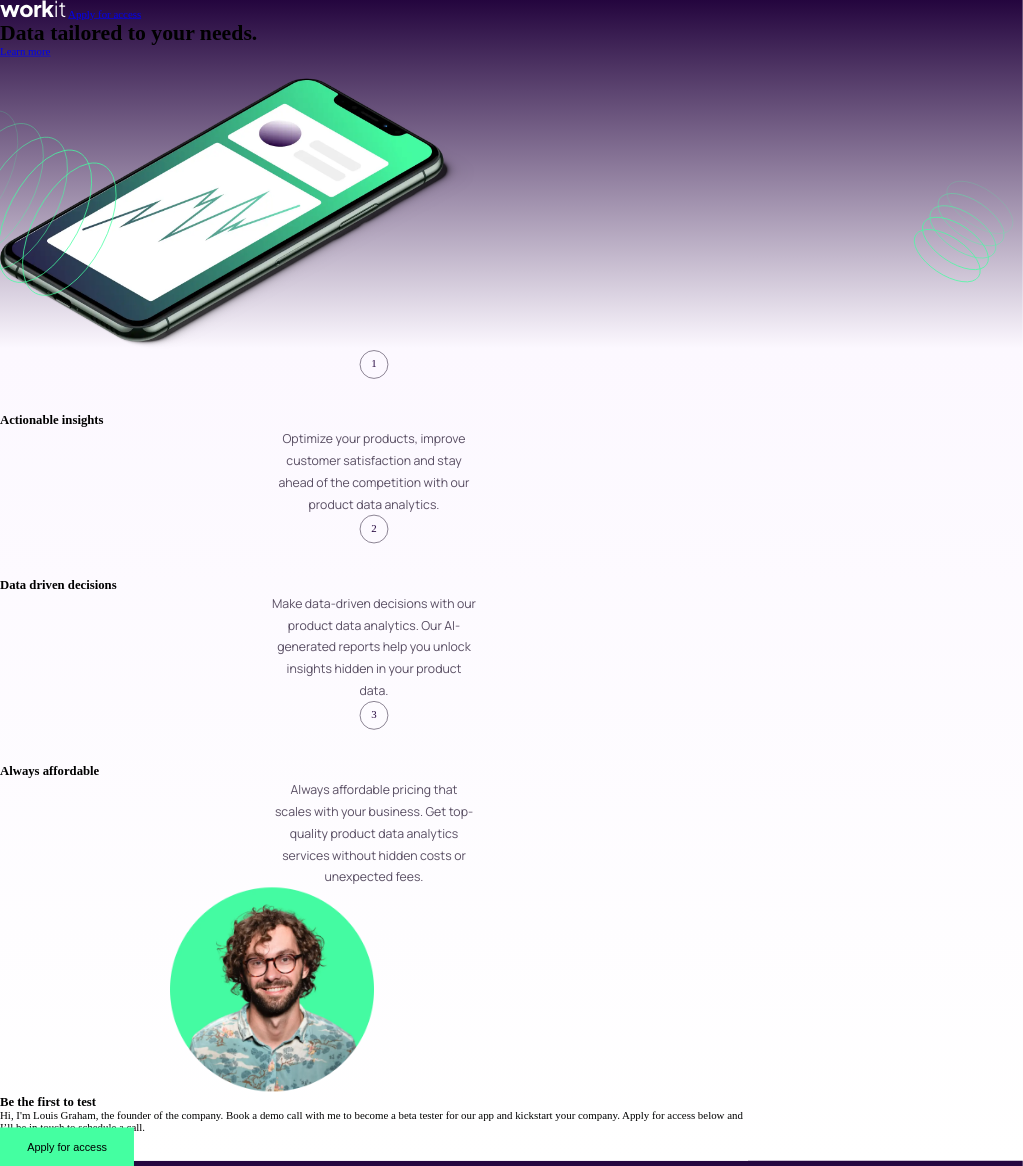
Repository: Arkitecth/landing_page
Page: starter-code/index.html
The author's editor kept a copy of each file at every save. The page is drawn from the files as they stood at one save, then again after the next save.
The browser window is 1280 px wide. The page is 1504 px wide, so the pictures cover 1504 px, including what lies to the right of the window. The pictures show the whole page, at 68% of full size.

Above is the page before, as saved 2023-05-25 16:27:09.

### starter-code/index.html
<!DOCTYPE html>
<html lang="en">
<head>
  <meta charset="UTF-8">
  <meta http-equiv="X-UA-Compatible" content="IE=edge">
  <meta name="viewport" content="width=device-width, height=device-height, initial-scale=1.0, minimum-scale=1.0">
  <title>Work-it | Landing Page</title>
  <link rel="stylesheet" href="styles.css">
</head>
<body>
  <header id="header">
    <object class="bg-pattern-1" data="assets/images/bg-pattern-1.svg"></object>
    <object class="bg-pattern-2"data="assets/images/bg-pattern-2.svg"></object>
    <div class="container">
      <nav>
        <object data="assets/images/logo-light.svg"></object>
        <a class="btn-secondary" href="#">Apply for access</a>
      </nav>
      <div class="showcase">

        <h1>Data <span>tailored</span> to your needs.</h1>
        <a class="btn-primary"href="#">Learn more</a>
        <object class="image-hero" data="assets/images/image-hero.webp"></object>
      </div>
    </div>

  </header>


  <section id="feature">
    <div class="container grid">
      <div class="feature-content">
        <p class="feature-num">1</p>
        <h3>Actionable insights</h3>
        <p class="feature-paragraph">Optimize your products, improve customer satisfaction and stay ahead of the competition with our product data analytics.</p>
      </div>

      <div class="feature-content">
        <p class="feature-num">2</p>
        <h3>Data driven decisions</h3>
        <p class="feature-paragraph">Make data-driven decisions with our product data analytics. Our AI-generated reports help you unlock insights hidden in your product data.</p>
      </div>

      <div class="feature-content">
        <p class="feature-num">3</p>
        <h3>Always affordable</h3>
        <p class="feature-paragraph">Always affordable pricing that scales with your business. Get top-quality product data analytics services without hidden costs or unexpected fees.</p>
      </div>
    </div>
  </section>


  <section id="about">
    <div class="container">
        <object class="image-founder" data="assets/images/image-founder.webp" width="300" height="300"></object>
        <div class="about-text">
          <h3> Be the first to test </h3>
          <p> Hi, I'm Louis Graham, the founder of the company. Book a demo call with me to become a
          beta tester for our app and kickstart your company. Apply for access below and I’ll be
          in touch to schedule a call. </p>
        </div>
        <a class="primary-default" href="#"> Apply for access </a>
    </div>
  </section>
</body>
</html>

### starter-code/styles.css
@font-face {
    font-family: "Fraunces";
    src: url("/Users/trenttuedon/Desktop/workit-landing-page/starter-code/assets/fonts/fraunces/Fraunces-VariableFont_SOFT,WONK,opsz,wght.ttf");

}

@font-face {
    font-family: "Manrope";
    src: url("starter-code/assets/fonts/manrope/Manrope-VariableFont_wght.ttf");

}

* {
    margin: 0;
    padding: 0;
}

html,body {
    background: linear-gradient(180deg, rgba(36,5,62,1) 0%, rgba(252,248,255,1) 30%, rgba(255,255,255,1) 100%);
    width: 1100px;
}


/* Showcase */
.container {
    max-width: 1100px;
    margin:  auto;
}

.overlay {
    width: 1500px;
    max-width: 1500px;
    height: 730px;
    background-color: #24053e;
    border-radius: 100% /0 0 80px 80px;
}
.navbar {
    color: #fff;
    display: flex;
    justify-content: space-between;
    position: relative;
    top: 50px;
}

.navbar a {
    text-decoration: none;
    color: #fff;
}

.secondary-default {
    font-family: sans-serif;
    border-bottom: 3px solid #44ffa1;
}

.secondary-default:hover {
    color: #44ffa1;
}

.bg-pattern-1 {
   position: absolute;
   left: -140px;
   top: 140px;
}

.bg-pattern-2 {
    position: absolute;
    left: 1330px;
    top: 250px;
 }

.heading {
    justify-content: center;
    width: 635px;
    height: 258px;
    margin: 0 auto;
    margin-top: 146px;
    text-align: center;
}

.heading h1 {
    font-family: Fraunces;
    color: #fff;
    font-weight: 600;
    line-height: 80px;
    margin-bottom: 40px;
    font-size: 5em;
}

.underline {
    text-decoration: underline;
    text-decoration-thickness: 2px;
    text-decoration-color: #44ffa1;
    text-underline-offset: 6px;
}

.primary-default {
    font-family: sans-serif;
    line-height: 40px;
    background-color: #44ffa1;
    border: 0;
    color: black;
    text-decoration: none;
    padding: 20px 40px;
}

.primary-default:hover {
    background-color: #24053e;
    color: #44ffa1;
    border: 1px solid #44ffa1;
}

.image-hero {
    display: block;
    margin-top: 30px;
    width: 700px;
    height: 400px;
}

/* Features */
.grid-container {
    display: grid;
    padding-top: 200px;
    grid-template-rows: 1fr 1fr;
    grid-template-columns: 1fr 1fr 1fr;
    font-family: "Fraunces";
    gap: 30px;
    text-align: center;
}


.feature-num {
    border: 1px solid #584d62;
    border-radius: 50%;
    width: 20px;
    height: 20px;
    padding: 10px;
    margin: auto;
    text-align: center;
    margin-bottom: 50px;
    color: #24053e;
}


.purple-overlay {
    background: #fdf8ff;
    border-radius: 0 0 50% 50% / 50px;
    width: 1500px;
    height: 600px;

}

.feature-heading {
    margin-bottom: 40px;
    font-weight: 600;
    color: #24053e;
}

.feature-paragraph {
    font-family: "Manrope";
    font-size: 1.13em;
    line-height: 32px;
    width: 300px;
    text-align: center;
    font-weight: 400;
    color: #584d62;
    margin: auto;

}


/* About Section */

.image-founder {
    margin-left: 250px;
}

.about{
    position: relative;
    color: #fff;
    background-color: #24053e;
    width: 730px;
    height: 413px;
    bottom: 200px;
    left: 400px;
    margin-left: 100px;
}

.about-container {
    text-align: left;
    padding: 70px;
}

.about-container h3 {
    font-family: "Fraunces";
    font-size: 3.5em;
    font-weight: 600;
    margin-bottom: 32px;
}

.about-container p {
    font-family: "Manrope";
    font-weight: 400;
    font-size: 1.15em;
    line-height: 32px;
    margin-bottom: 30px;
}

.about-container a {
    margin-top: 100px;
}

.bg-pattern-3 {
    position: relative;
    bottom: 120px;
    left: 400px;
}

/* Footer */

.spacing {
    margin-top: 100px;
}

footer {
    background-color: #fff;
    margin-left: 300px;
    text-align: center;
    padding-bottom: 100px;
}

.icons {
    margin-top: 40px;

}

.icon {
    padding: 0 20px 0 20px;
}


/* Media Queries */

@media (min-width: 768px) and (max-width: 1024px) {

    .body {
        background-color: black;
    }
    .bg-pattern-1 {
        left: -200px;
    }

    .bg-pattern-2 {
        left: 1330px;
        overflow: hidden;
    }
    .grid-container {
        display: grid;
        position: relative;
        grid-template-columns: none;
        grid-template-rows: repeat(3, 1fr);
        margin-top: 200px;
        padding: 20px;
        gap: 100px;
        text-align: left;
    }
    .feature-heading {
       text-align: left;
       margin-left: 300px;
       margin-bottom: 20px;
    }
    .feature-num {
        position: absolute;
        left: 250px;
        margin-top: 50px;

    }

    .feature-paragraph {
        text-align: left;
        width: 493px;
        height: 56px;
    }


}

@media(max-width: 480px) {
    html,body {
        background: linear-gradient(180deg, rgba(36,5,62,1) 0%, rgba(252,248,255,1) 10%, rgba(255,255,255,1) 100%);
        font-size: 100%;
    }

    .bg-pattern-1, .bg-pattern-2, .bg-pattern-3 {
        display: none;
    }

    .purple-overlay {
        height: 1300px;
    }

    .grid-container {
        display: grid;
        grid-template-columns: none;
        grid-template-rows: repeat(3, 1fr);
        font-size: 1.75rem;
    }

    .feature-num {
        padding: 20px;
        padding-top: 10px;
        text-align: center;
    }

    .about {
        margin-top: 120px;
        margin-left: 10px;
    }

    .about-container {
        text-align: center;
    }

    .image-founder {
        margin-left: 600px;
    }

    footer {
        height: 500px;
        margin-left: 400px
    }
}

### starter-code/assets/images/bg-pattern-1.svg
<svg xmlns="http://www.w3.org/2000/svg" width="341" height="317" viewBox="0 0 341 317"><g fill="none" fill-rule="evenodd" stroke="#44FFA1" transform="rotate(-152 159.204 128.626)"><ellipse cx="54" cy="107.125" rx="53.5" ry="106.5"/><ellipse cx="94.706" cy="107" rx="53.5" ry="106.5"/><ellipse cx="134.529" cy="107.344" opacity=".75" rx="52.5" ry="106.5"/><ellipse cx="175.705" cy="108.102" opacity=".5" rx="53.5" ry="106.5"/><ellipse cx="217.294" cy="107.508" opacity=".25" rx="52.5" ry="106.5"/></g></svg>

After the next save:
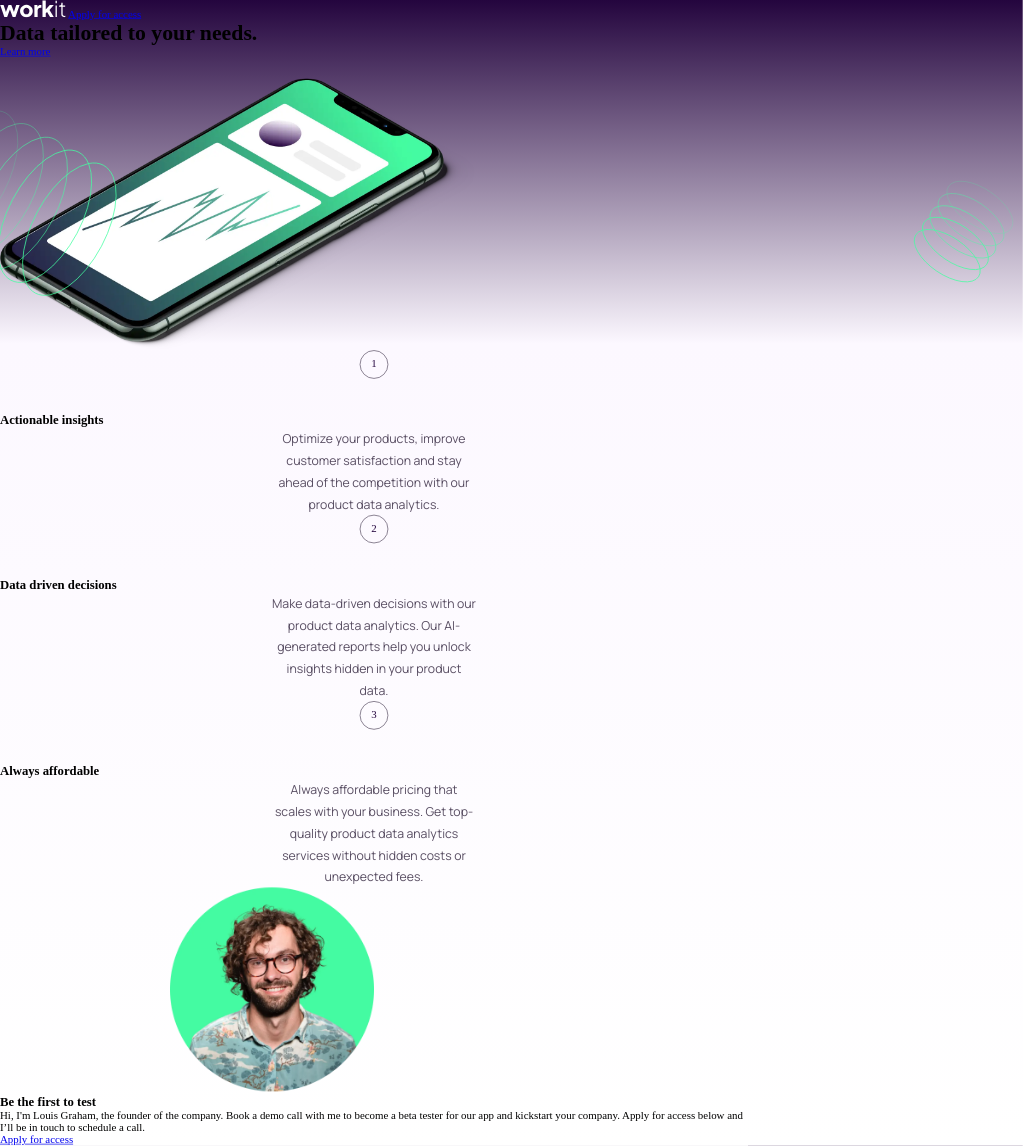
Saved 9 s later.
--- a/starter-code/index.html
+++ b/starter-code/index.html
@@ -59,7 +59,7 @@
           beta tester for our app and kickstart your company. Apply for access below and I’ll be
           in touch to schedule a call. </p>
         </div>
-        <a class="primary-default" href="#"> Apply for access </a>
+        <a class="btn-primary" href="#"> Apply for access </a>
     </div>
   </section>
 </body>
